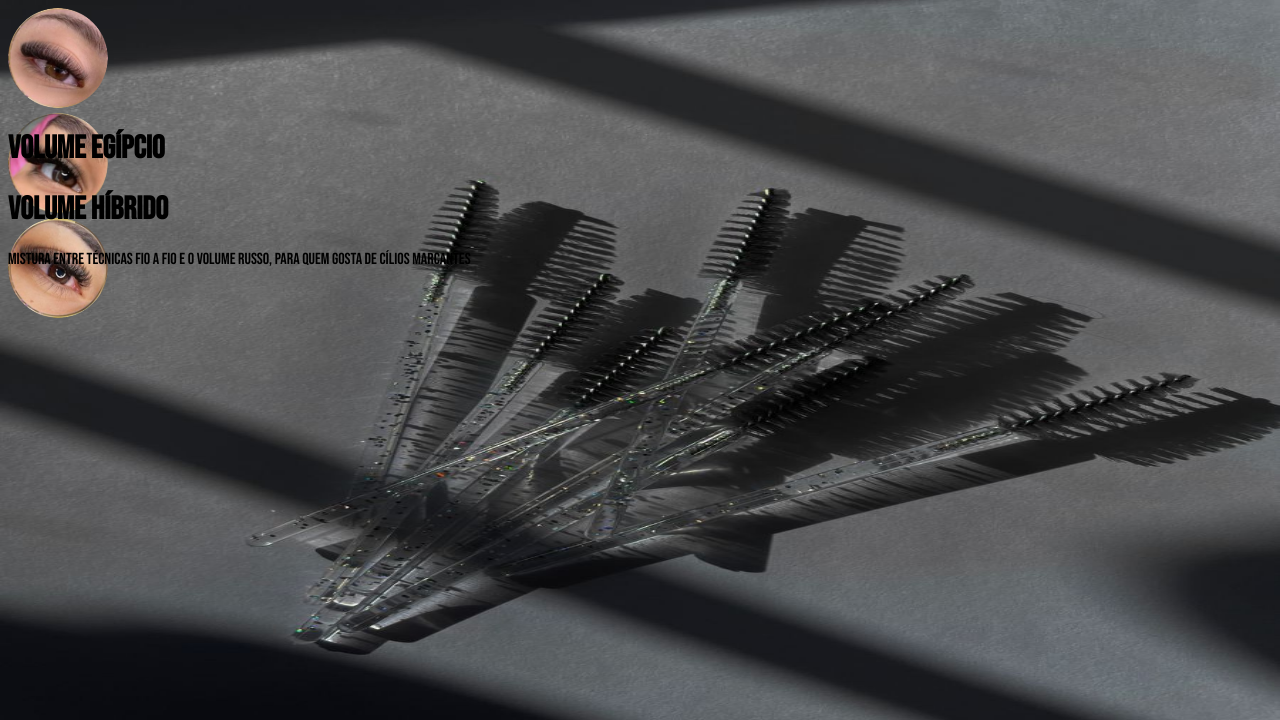
Repository: ketlyn-lash-designer/Ketlyn_Lash_Designer
Page: src/Pages/Modelos.html
An editor plug-in stored every save of this project. The page is shown before and after the next save, followed by the edit.
The browser window is 1280 px wide. The pictures show the whole page.

Above is the page before, as saved 2024-03-29 21:42:17.

After the next save:
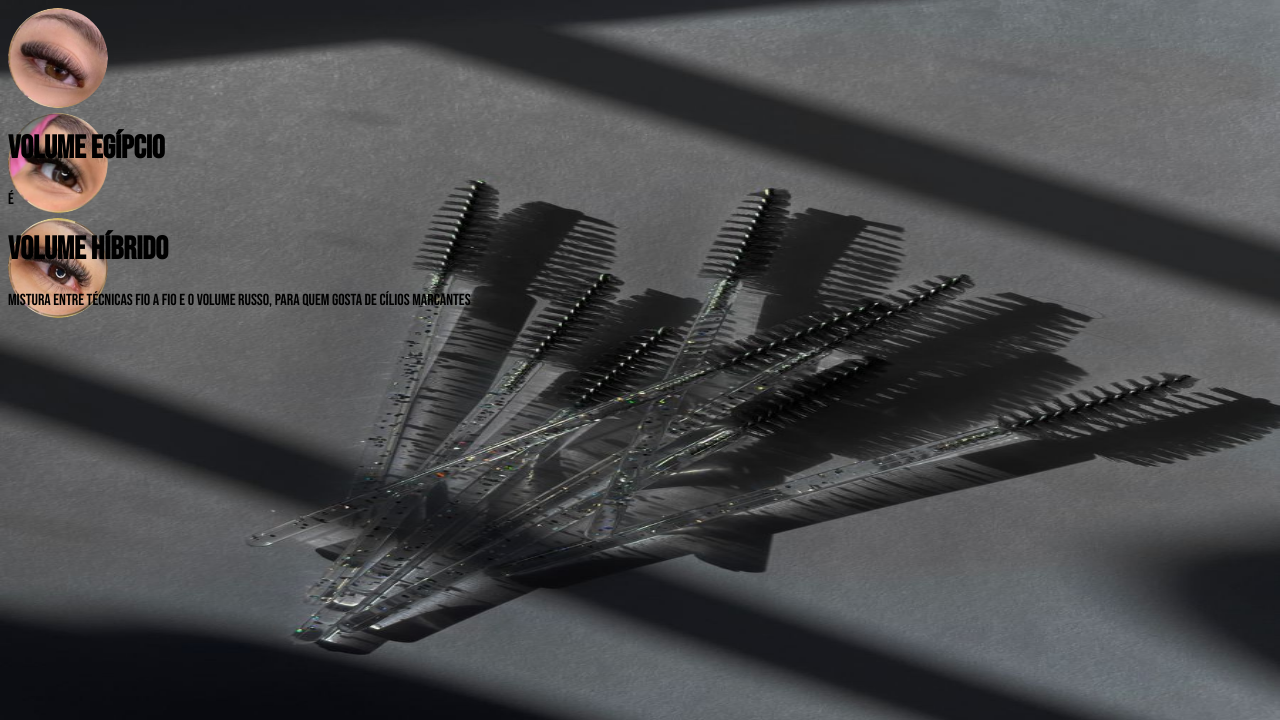
Saved 10 s later.
--- a/src/Pages/Modelos.html
+++ b/src/Pages/Modelos.html
@@ -21,7 +21,7 @@
     <div id="descricao">
       <h1>Volume Egípcio</h1>
       <p>
-
+				É
 			</p>
       <h1>Volume Híbrido</h1>
       <p>
